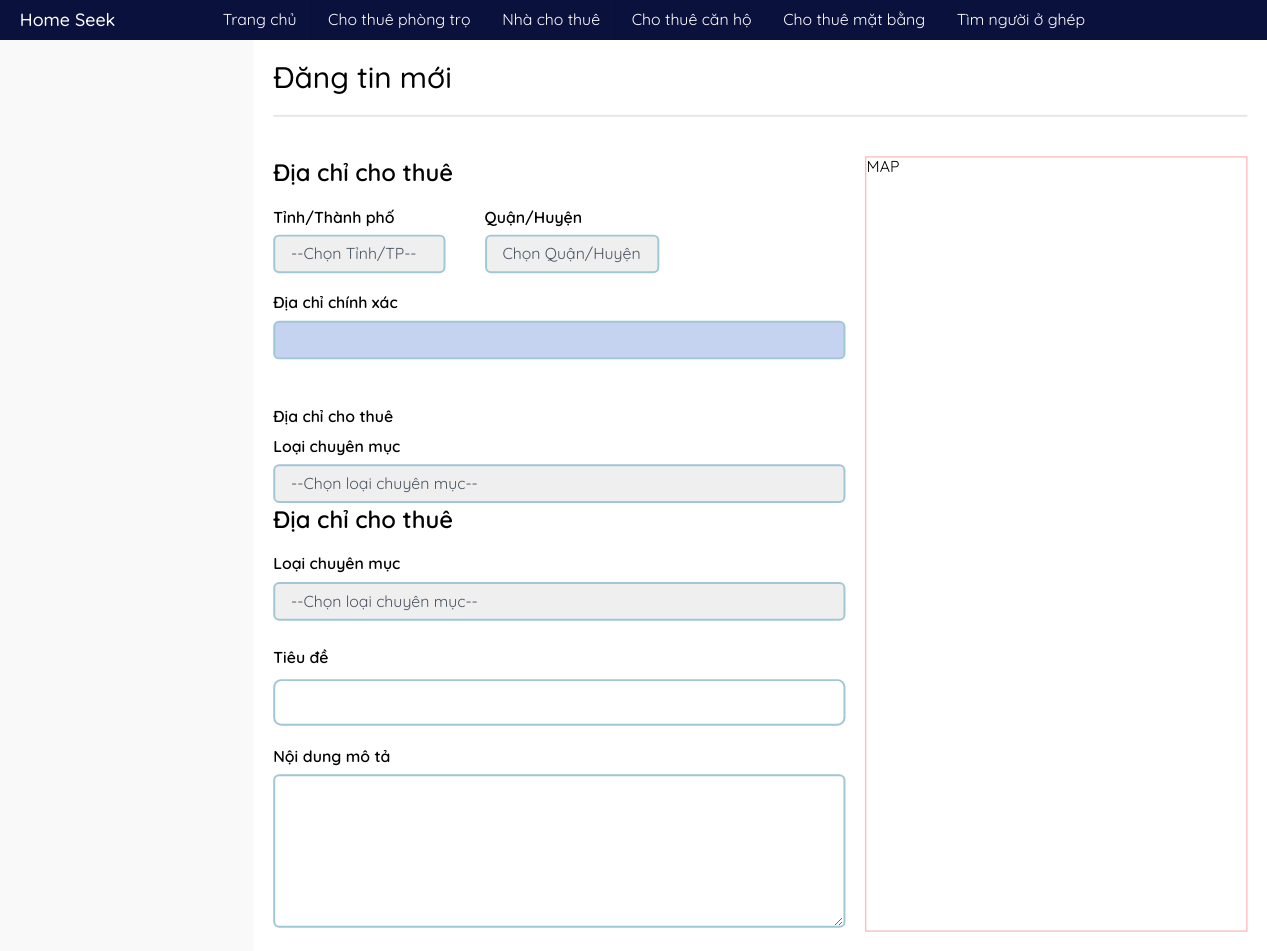
Repository: ajincome26/homeseek
Page: /create (app in client/)
The author's editor kept a copy of each file at every save. The page is drawn from the files as they stood at one save, then again after the next save.
The browser window is 1280 px wide. The pictures show the whole page, at 99% of full size.
The page's requests for data from a server got no answer. The project was rebuilt for these pictures with package versions that can differ from the ones it lists, and the page was loaded fresh each time. Some packages were replaced by stand-ins written for this rebuild. No one was signed in, and anything a server would have sent is missing. Also part of the build but not shown: client/vite.config.ts, client/src/components/Footer/Footer.tsx, client/src/components/Button/Button.tsx, client/src/components/Button/index.ts, client/src/utils/utils.tsx, client/src/components/MainHeader/components/User.tsx, client/src/components/Popover/Popover.tsx, client/src/components/Popover/index.ts and 16 more.

Above is the page before, as saved 2024-01-10 05:05:40.

### client/index.html
<!doctype html>
<html lang="en">
  <head>
    <meta charset="UTF-8" />
    <link rel="icon" type="image/svg+xml" href="/vite.svg" />
    <meta name="viewport" content="width=device-width, initial-scale=1.0" />
    <title>Home Seek</title>
    <link rel="preconnect" href="https://fonts.googleapis.com" />
    <link rel="preconnect" href="https://fonts.gstatic.com" crossorigin />
    <link
      href="https://fonts.googleapis.com/css2?family=Quicksand:wght@300;400;500;600;700&display=swap"
      rel="stylesheet"
    />
  </head>
  <body>
    <div id="root"></div>
    <script type="module" src="/src/main.tsx"></script>
  </body>
</html>

### client/src/main.tsx
import ReactDOM from 'react-dom/client'
import App from './App'
import './styles/index.scss'
import { BrowserRouter } from 'react-router-dom'
import { QueryClient, QueryClientProvider } from '@tanstack/react-query'
import { ReactQueryDevtools } from '@tanstack/react-query-devtools'
import { AuthProvider } from './contexts/auth.context'
import { ErrorBoundary } from './components/ErrorBoundary'

// Create a client
const queryClient = new QueryClient({
  defaultOptions: {
    queries: {
      refetchOnWindowFocus: false // disable việc fetch lại api khi focus tab window
    }
  }
})

ReactDOM.createRoot(document.getElementById('root')!).render(
  <BrowserRouter>
    <QueryClientProvider client={queryClient}>
      <AuthProvider>
        <ErrorBoundary>
          <App />
        </ErrorBoundary>
      </AuthProvider>
      <ReactQueryDevtools initialIsOpen={false} />
    </QueryClientProvider>
  </BrowserRouter>
)

### client/src/App.tsx
import { useEffect } from 'react'
import { useAuth } from './contexts/auth.context'
import useRoute from './useRoute'
import { LocalStorageEventTarget } from './utils/auth'
import { ToastContainer } from 'react-toastify'
import 'react-toastify/dist/ReactToastify.css'

function App() {
  const routeElements = useRoute()
  const { resetAuth } = useAuth()
  useEffect(() => {
    LocalStorageEventTarget.addEventListener('clearLS', () => {
      resetAuth()
    })
    return () => {
      LocalStorageEventTarget.removeEventListener('clearLS', () => {
        resetAuth()
      })
    }
  }, [resetAuth])
  return (
    <div className='bg-third'>
      <ToastContainer />
      <div>{routeElements}</div>
    </div>
  )
}

export default App

### client/src/styles/index.scss
@tailwind base;
@tailwind components;
@tailwind utilities;

@import 'reset';

body {
  font-family: 'Quicksand', sans-serif;
  font-size: 16px;
  line-height: 1.2;
}

select {
  -webkit-appearance: none;
  -moz-appearance: none;
  appearance: none;
}

::-webkit-scrollbar {
  width: 10px;
}
::-webkit-scrollbar-track {
  background-color: #fafafa;
}
::-webkit-scrollbar-thumb {
  background-color: #ccd0d7;
  border-radius: 50px;
}

/* Chrome, Safari, Edge, Opera */
input::-webkit-outer-spin-button,
input::-webkit-inner-spin-button {
  -webkit-appearance: none;
  margin: 0;
}
/* Firefox */
input[type='number'] {
  appearance: textfield;
}

.cr-truncate-1 {
  overflow: hidden;
  display: -webkit-box;
  -webkit-box-orient: vertical;
  -webkit-line-clamp: 1;
  text-overflow: ellipsis;
  word-break: break-word;
}

// class tailwind-sort
.cr-transition {
  @apply transition-all ease-linear duration-200;
}
.cr-hover-text {
  @apply hover:text-[#977616] transition-colors ease-linear duration-200 cursor-pointer;
}
.cr-input-text {
  @apply px-3 py-2 border-[2px] border-[#a0c7d6] outline-none rounded-md focus:border-[#4b5fc2] cr-transition box-border w-full;
}

### client/src/contexts/auth.context.tsx
import React, { createContext, useContext, useState } from 'react'
import { User } from '~/types/user.type'
import { getAccessToken, getUserInfoFromStorage } from '~/utils/auth'

interface AuthProviderType {
  isLoggedIn: boolean
  setIsLoggedIn: React.Dispatch<React.SetStateAction<boolean>>
  userInfo: User | null
  setUserInfo: React.Dispatch<React.SetStateAction<User | null>>
  resetAuth: () => void
}
const initialContext: AuthProviderType = {
  isLoggedIn: Boolean(getAccessToken()),
  setIsLoggedIn: () => null,
  userInfo: getUserInfoFromStorage(),
  setUserInfo: () => null,
  resetAuth: () => null
}

const AuthContext = createContext<AuthProviderType>(initialContext)
const useAuth = () => {
  const context = useContext(AuthContext)
  if (typeof context === 'undefined') throw new Error('useAuth must be used within a AuthContext')
  return context
}
const AuthProvider = ({ children }: { children: React.ReactNode }) => {
  const [isLoggedIn, setIsLoggedIn] = useState(initialContext.isLoggedIn)
  const [userInfo, setUserInfo] = useState(initialContext.userInfo)
  const resetAuth = () => {
    setIsLoggedIn(false)
    setUserInfo(null)
  }
  return (
    <AuthContext.Provider value={{ isLoggedIn, setIsLoggedIn, userInfo, setUserInfo, resetAuth }}>
      {children}
    </AuthContext.Provider>
  )
}

// eslint-disable-next-line react-refresh/only-export-components
export { useAuth, AuthProvider }

### client/src/components/ErrorBoundary/index.ts
export { default as ErrorBoundary } from './ErrorBoundary'

### client/src/useRoute.tsx
import { useRoutes } from 'react-router-dom'
import { path } from './constants/path'
import { MainLayout } from './layouts/MainLayout'
import ManageLayout from './layouts/ManageLayout/ManageLayout'
import { CreatePost } from './pages/CreatePostPage'
import { HomePage } from './pages/HomePage'
import { LoginPage } from './pages/LoginPage'
import { RegisterPage } from './pages/RegisterPage'

const { HOME, LOGIN, REGISTER, OAUTH, CREATE } = path

const useRoute = () => {
  return useRoutes([
    {
      path: LOGIN,
      element: <LoginPage />
    },
    {
      path: REGISTER,
      element: <RegisterPage />
    },
    {
      path: OAUTH,
      element: <LoginPage />
    },
    {
      path: OAUTH,
      element: <RegisterPage />
    },
    // Authen không ảnh hưởng
    {
      element: <ManageLayout />,
      children: [
        {
          index: true,
          path: CREATE,
          element: <CreatePost />
        }
      ]
    },
    {
      element: <MainLayout />,
      children: [
        {
          index: true,
          path: HOME,
          element: <HomePage />
        }
      ]
    }
  ])
}

export default useRoute

### client/src/utils/auth.ts
import { User } from '~/types/user.type'

export const LocalStorageEventTarget = new EventTarget()

export const getAccessToken = () => localStorage.getItem('accessToken') || ''
export const getRefreshToken = () => localStorage.getItem('refreshToken') || ''
export const setAccessToken = (accessToken: string) => localStorage.setItem('accessToken', accessToken)
export const setRefreshToken = (refreshToken: string) => localStorage.setItem('refreshToken', refreshToken)
export const getUserInfoFromStorage = () => {
  const info = localStorage.getItem('userInfo')
  return info ? JSON.parse(info) : null
}
export const setUserInfoToStorage = (userInfo: User) => localStorage.setItem('userInfo', JSON.stringify(userInfo))

export const clearLocalStorage = () => {
  localStorage.removeItem('accessToken')
  localStorage.removeItem('refreshToken')
  localStorage.removeItem('userInfo')
  const clearLSEvent = new Event('clearLS')
  LocalStorageEventTarget.dispatchEvent(clearLSEvent)
}

### client/src/styles/_reset.scss
*,
*::before,
*::after {
  box-sizing: border-box;
}
* {
  margin: 0;
  padding: 0;
}

html,
body {
  height: 100%;
}
body {
  line-height: 1.5;
  -webkit-font-smoothing: antialiased;
  -webkit-tap-highlight-color: rgba(0, 0, 0, 0);
}
a {
  text-decoration: none;
  color: inherit;
}
img,
picture,
video,
canvas,
svg {
  display: block;
  // max-width: 100%;
}
input,
button,
textarea,
select {
  font: inherit;
  outline: none;
}
option:checked {
  background-color: #0891b2;
  color: white;
  font-style: italic;
}
p,
h1,
h2,
h3,
h4,
h5,
h6 {
  overflow-wrap: break-word;
}

### client/src/constants/path.ts
export const path = {
  HOME: '/',
  LOGIN: '/login',
  OAUTH: '/login/oauth',
  REGISTER: '/register',
  LOGOUT: '/logout',

  ROOM_FOR_RENT: '/room-for-rent',
  HOUSE_FOR_RENT: '/house-for-rent',
  APARTMENT_FOR_RENT: '/apartment-for-rent',
  GROUND_FOR_RENT: '/ground-for-rent',
  FIND_A_ROOMATE: '/find-a-roomate',

  CREATE: '/create',
  MANAGE: '/manage',
  PROFILE: '/user/profile',
  CHANGE_PASSWORD: '/user/change-password',

  CONTACT: '/contact',

  NOT_FOUND: '*'
}

### client/src/layouts/MainLayout/index.ts
export { default as MainLayout } from './MainLayout'

### client/src/layouts/ManageLayout/ManageLayout.tsx
import { Outlet } from 'react-router-dom'
import { Sidebar } from '~/components/Sidebar'
import { SubHeader } from '~/components/SubHeader'

const ManageLayout = () => {
  return (
    <>
      <SubHeader />
      <div className='pt-[40px] flex'>
        <div className='min-h-[calc(100vh-40px)] basis-1/5'>
          <Sidebar />
        </div>
        <div className='bg-white basis-4/5'>
          <Outlet />
        </div>
      </div>
    </>
  )
}

export default ManageLayout

### client/src/pages/CreatePostPage/index.ts
export { default as CreatePost } from './CreatePost'

### client/src/pages/HomePage/index.ts
export { default as HomePage } from './HomePage'

### client/src/pages/LoginPage/index.ts
export { default as LoginPage } from './LoginPage'

### client/src/pages/RegisterPage/index.ts
export { default as RegisterPage } from './RegisterPage'

### client/src/components/Sidebar/index.ts
export { default as Sidebar } from './Sidebar'

### client/src/components/SubHeader/index.ts
export { default as SubHeader } from './SubHeader'

### client/src/pages/CreatePostPage/CreatePost.tsx
import { yupResolver } from '@hookform/resolvers/yup'
import { useForm } from 'react-hook-form'
import { postSchema, PostSchema } from '~/utils/schema'
import Address from './components/Address'
import Overview from './components/Overview'

export type FormPost = PostSchema

const CreatePost = () => {
  const { handleSubmit } = useForm<FormPost>({
    resolver: yupResolver(postSchema)
  })
  const handleCreatePost = (data: FormPost) => {}
  return (
    <div className='p-5 text-black'>
      <h2 className='w-full pb-5 text-3xl font-medium border-b-2'>Đăng tin mới</h2>
      <div className='flex gap-5 mt-10'>
        <form onSubmit={handleSubmit(handleCreatePost)} className='flex flex-col gap-10 basis-[60%]'>
          <Address />
          <Overview />
        </form>
        <div className='border border-red-300 map basis-[40%]'>MAP</div>
      </div>
    </div>
  )
}

export default CreatePost

### client/src/components/SubHeader/SubHeader.tsx
import { Link } from 'react-router-dom'
import { SubNavigation } from '../SubNavigation'

const SubHeader = () => {
  return (
    <div className='fixed w-full h-[40px] bg-primary text-white flex items-center gap-12 px-5'>
      <Link to={'/'} className='text-lg font-medium cursor-pointer hover:text-sixth cr-transition'>
        Home Seek
      </Link>
      <div className='w-[80%]'>
        <SubNavigation />
      </div>
    </div>
  )
}

export default SubHeader

### client/src/pages/CreatePostPage/components/Overview.tsx
import { yupResolver } from '@hookform/resolvers/yup'
import { useState } from 'react'
import { Field } from '~/components/Field'
import { Input } from '~/components/Input'
import { Select } from '~/components/Select'
import { categories } from '~/constants/data'
import { useForm } from 'react-hook-form'
import { postSchema, PostSchema } from '~/utils/schema'
import { Label } from '~/components/Label'

export type FormCreatePost = PostSchema

const Overview = () => {
  const [category, setCategory] = useState('')
  const {
    register,
    handleSubmit,
    setError,
    formState: { errors }
  } = useForm<FormCreatePost>({
    resolver: yupResolver(postSchema)
  })
  return (
    <div>
      <Field>
        <Label textColor='text-black' htmlFor='title'>
          Địa chỉ cho thuê
        </Label>
        <Select
          type='category'
          label='Loại chuyên mục'
          optionTitle='--Chọn loại chuyên mục--'
          categories={categories as []}
          value={category}
          setValue={setCategory}
        />
      </Field>
      <h1 className='mb-5 text-2xl font-semibold'>Địa chỉ cho thuê</h1>
      <div className='flex gap-10 mb-5'>
        <Select
          type='category'
          label='Loại chuyên mục'
          optionTitle='--Chọn loại chuyên mục--'
          categories={categories as []}
          value={category}
          setValue={setCategory}
        />
      </div>
      <Field>
        <Label textColor='text-black' htmlFor='title'>
          Tiêu đề
        </Label>
        <Input
          className='px-3 py-2 border-[2px] border-[#a0c7d6] outline-none focus:border-[#4b5fc2] cr-transition flex-1 hover:border-[#a0c7d6]'
          register={register}
          name='title'
          errorMessage={errors.title?.message}
        />
      </Field>
      <div>
        <label htmlFor='desc' className='font-semibold'>
          Nội dung mô tả
        </label>
        <textarea
          id='desc'
          className='mt-2 cr-input-text'
          rows={7}
          // value={payload.description}
          // onChange={(e) => setPayload((prev) => ({ ...prev, description: e.target.value }))}
          // onFocus={() => setInvalidFields([])}
        />
      </div>
    </div>
  )
}

export default Overview

### client/src/components/Field/index.ts
export { default as Field } from './Field'

### client/src/components/Input/index.ts
export { default as Input } from './Input'
export { default as InputPassword } from './InputPassword'
export { default as InputSearch } from './InputSearch'
export { default as InputNumber } from './InputNumber'
export { default as InputFile } from './InputFile'
export { default as InputReadOnly } from './InputReadOnly'

### client/src/components/Label/index.ts
export { default as Label } from './Label'

### client/src/utils/icons.ts
import { BiSolidShoppingBags, BiLogoFacebookCircle, BiPlus } from 'react-icons/bi'
import {
  AiFillInstagram,
  AiFillTwitterCircle,
  AiOutlineEye,
  AiOutlineEyeInvisible,
  AiOutlineShoppingCart,
  AiFillStar,
  AiOutlineStar,
  AiFillCaretRight,
  AiOutlineQuestionCircle,
  AiFillHeart,
  AiOutlineHeart,
  AiOutlinePlusCircle
} from 'react-icons/ai'
import { TbWorld, TbUserCircle, TbBrandMessenger } from 'react-icons/tb'
import { PiCaretDownBold, PiCaretUpBold, PiCaretLeftBold, PiCaretRightBold } from 'react-icons/pi'
import { HiOutlineSearch, HiOutlineLogout } from 'react-icons/hi'
import { BsListUl, BsThreeDots, BsShieldLock, BsPencilSquare } from 'react-icons/bs'
import { LiaFilterSolid } from 'react-icons/lia'
import { RiSubtractLine, RiTodoLine } from 'react-icons/ri'
import { FaCartPlus } from 'react-icons/fa'
import { CiEdit } from 'react-icons/ci'
import { FaRegUser, FaUserEdit } from 'react-icons/fa'
import { SiSensu } from 'react-icons/si'
import { FcGoogle } from 'react-icons/fc'
import { MdOutlineDashboard, MdOutlineLibraryBooks } from 'react-icons/md'

export default {
  AiFillInstagram,
  AiFillTwitterCircle,
  AiOutlineEye,
  AiOutlineEyeInvisible,
  AiOutlineShoppingCart,
  AiFillStar,
  AiOutlineStar,
  AiFillCaretRight,
  AiOutlineQuestionCircle,
  AiFillHeart,
  AiOutlineHeart,
  AiOutlinePlusCircle,
  BiSolidShoppingBags,
  BiLogoFacebookCircle,
  PiCaretDownBold,
  PiCaretUpBold,
  PiCaretLeftBold,
  PiCaretRightBold,
  TbWorld,
  TbUserCircle,
  TbBrandMessenger,
  HiOutlineSearch,
  HiOutlineLogout,
  BsListUl,
  BsThreeDots,
  BsShieldLock,
  BsPencilSquare,
  LiaFilterSolid,
  BiPlus,
  RiSubtractLine,
  RiTodoLine,
  FaCartPlus,
  FaUserEdit,
  CiEdit,
  FaRegUser,
  SiSensu,
  FcGoogle,
  MdOutlineDashboard,
  MdOutlineLibraryBooks
}

### client/src/constants/data.tsx
import { path } from './path'
import icons from '~/utils/icons'
import { CategoryType } from '~/types/category.type'

const { BsPencilSquare, MdOutlineLibraryBooks, TbUserCircle, FaUserEdit, TbBrandMessenger } = icons

const {
  ROOM_FOR_RENT,
  HOUSE_FOR_RENT,
  APARTMENT_FOR_RENT,
  GROUND_FOR_RENT,
  FIND_A_ROOMATE,
  CREATE,
  MANAGE,
  PROFILE,
  CONTACT
} = path

export const categories = [
  { id: 1, name: 'Cho thuê phòng trọ', path: ROOM_FOR_RENT },
  { id: 2, name: 'Nhà cho thuê', path: HOUSE_FOR_RENT },
  { id: 3, name: 'Cho thuê căn hộ', path: APARTMENT_FOR_RENT },
  { id: 4, name: 'Cho thuê mặt bằng', path: GROUND_FOR_RENT },
  { id: 5, name: 'Tìm người ở ghép', path: FIND_A_ROOMATE }
] as CategoryType[]

export const dataManage = [
  {
    id: 1,
    text: 'Đăng tin cho thuê',
    path: CREATE,
    icon: <BsPencilSquare />
  },
  {
    id: 2,
    text: 'Quản lý tin đăng',
    path: MANAGE,
    icon: <MdOutlineLibraryBooks />
  },
  {
    id: 3,
    text: 'Thông tin tài khoản',
    path: PROFILE,
    icon: <TbUserCircle />
  }
]

export const dataSidebar = [
  {
    id: 1,
    text: 'Đăng tin cho thuê',
    path: CREATE,
    icon: <BsPencilSquare />
  },
  {
    id: 2,
    text: 'Quản lý tin đăng',
    path: MANAGE,
    icon: <MdOutlineLibraryBooks />
  },
  {
    id: 3,
    text: 'Sửa thông tin cá nhân',
    path: PROFILE,
    icon: <FaUserEdit />
  },
  {
    id: 4,
    text: 'Liên hệ',
    path: CONTACT,
    icon: <TbBrandMessenger />
  }
]

### client/src/components/SubNavigation/index.ts
export { default as SubNavigation } from './SubNavigation'

### client/src/apis/province.api.ts
import { Province } from '~/types/province.type'
import { apiGetPublicProvinces } from '~/utils/utils'

const provinceApi = {
  getProvinces: () => apiGetPublicProvinces.get<Province[]>('/')
}

export default provinceApi

### client/src/components/Select/index.ts
export { default as Select } from './Select'

### client/src/components/Field/Field.tsx
interface Props {
  children: JSX.Element | JSX.Element[]
}

const Field = ({ children }: Props) => {
  return <div className='flex flex-col items-start'>{children}</div>
}

export default Field

### client/src/components/Input/Input.tsx
import { InputHTMLAttributes } from 'react'
import type { FieldValues, FieldPath, UseFormRegister } from 'react-hook-form'

export interface InputProps<TFieldValues extends FieldValues> extends InputHTMLAttributes<HTMLInputElement> {
  name: FieldPath<TFieldValues>
  errorMessage?: string
  register: UseFormRegister<TFieldValues>
}

const Input = <TFieldValues extends FieldValues = FieldValues>({
  className,
  type,
  name,
  children,
  errorMessage,
  register,
  ...props
}: InputProps<TFieldValues>) => {
  return (
    <div className='relative w-full'>
      <input
        id={name}
        type={type || 'text'}
        {...register(name)}
        {...props}
        className={`mb-[6px] border rounded-lg py-3 bg-grayField hover:border-primary focus:border-primary transition w-full focus:bg-white ${
          children ? 'pl-4 pr-10' : 'px-4'
        } ${className}`}
        autoComplete='on'
      />
      <span className='absolute top-1/2 right-3 translate-y-[-110%] cursor-pointer text-grayDark'>{children}</span>
      <div className='text-sm text-red-500 min-h-[1rem] leading-4'>{errorMessage}</div>
    </div>
  )
}

export default Input

### client/src/components/Input/InputReadOnly.tsx
import { InputHTMLAttributes } from 'react'

export interface InputProps extends InputHTMLAttributes<HTMLInputElement> {
  title: string
  data: string
}

const InputReadOnly = ({ title, data }: InputProps) => {
  return (
    <div className='w-full'>
      <label className='font-semibold' htmlFor={title}>
        {title}
      </label>
      <input type='text' id={title} value={data || ''} className='mt-2 cr-input-text bg-[#c5d3f1]' readOnly />
    </div>
  )
}

export default InputReadOnly

### client/src/components/Label/Label.tsx
interface Props {
  htmlFor: string
  children: string
  textColor?: string
}

const Label = ({ htmlFor, children, textColor }: Props) => {
  return (
    <label className={`${textColor || 'text-white'} mt-2 mb-3 font-semibold cursor-pointer`} htmlFor={htmlFor}>
      {children}
    </label>
  )
}

export default Label

### client/src/components/SubNavigation/SubNavigation.tsx
import { NavLink } from 'react-router-dom'
import { categories } from '~/constants/data'

const notActive = 'hover:bg-secondary px-4 h-full flex items-center bg-primary transition-all ease-linear duration-300'
const active = 'hover:bg-secondary px-4 h-full flex items-center bg-secondary'
const SubNavigation = () => {
  return (
    <div className='w-full h-[40px] flex justify-center items-center'>
      <div className='flex items-center h-full'>
        <NavLink to={'/'} className={({ isActive }) => (isActive ? active : notActive)}>
          Trang chủ
        </NavLink>
        {categories?.length > 0 &&
          categories.map((item, index) => {
            return (
              <div key={index} className='h-full'>
                <NavLink to={item.path} className={({ isActive }) => (isActive ? active : notActive)}>
                  {item.name}
                </NavLink>
              </div>
            )
          })}
      </div>
    </div>
  )
}

export default SubNavigation

Loaded but not shown: client/tailwind.config.js (37 lines, source omitted); client/src/utils/schema.ts (64 lines, source omitted); client/src/pages/CreatePostPage/components/Address.tsx (67 lines, source omitted); client/src/components/Select/Select.tsx (53 lines, source omitted)

After the next save:
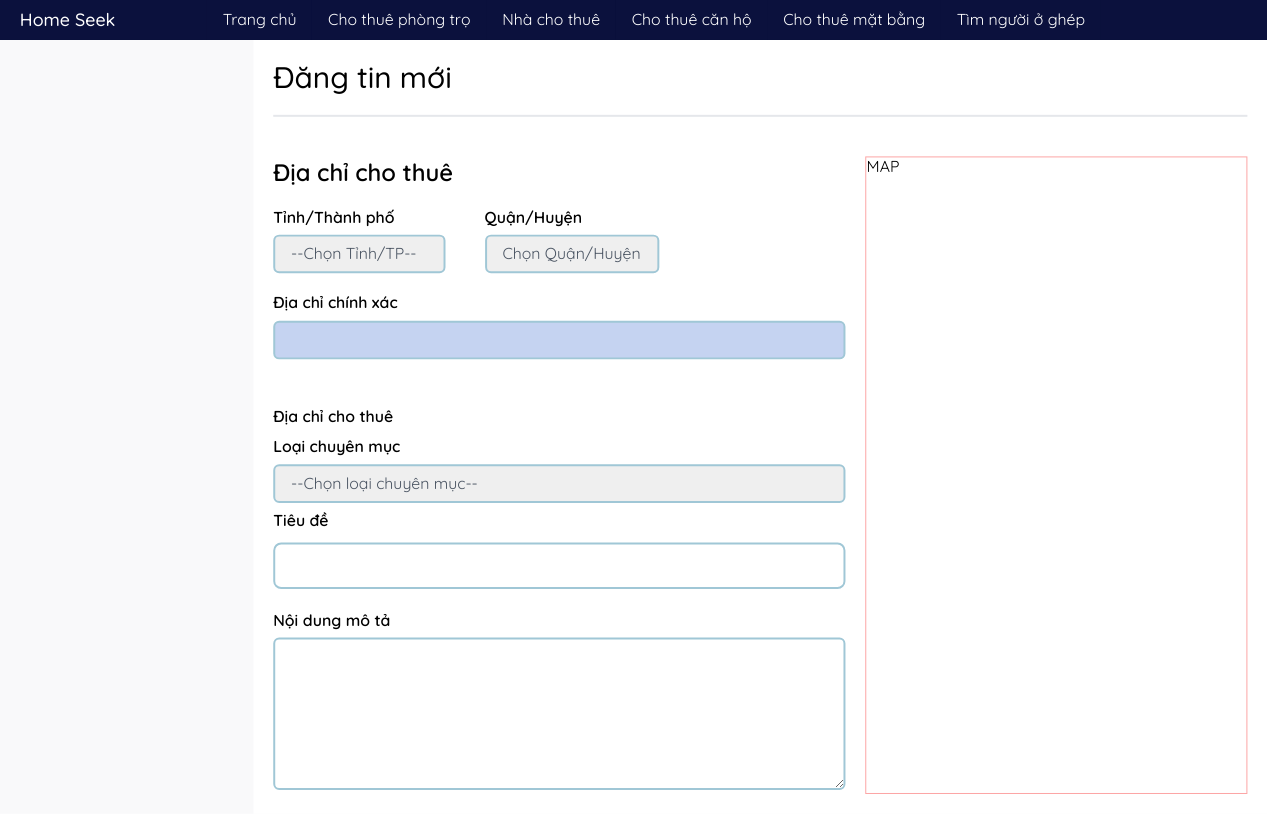
Saved 13 s later.
--- a/client/src/pages/CreatePostPage/components/Overview.tsx
+++ b/client/src/pages/CreatePostPage/components/Overview.tsx
@@ -35,17 +35,6 @@ const Overview = () => {
           setValue={setCategory}
         />
       </Field>
-      <h1 className='mb-5 text-2xl font-semibold'>Địa chỉ cho thuê</h1>
-      <div className='flex gap-10 mb-5'>
-        <Select
-          type='category'
-          label='Loại chuyên mục'
-          optionTitle='--Chọn loại chuyên mục--'
-          categories={categories as []}
-          value={category}
-          setValue={setCategory}
-        />
-      </div>
       <Field>
         <Label textColor='text-black' htmlFor='title'>
           Tiêu đề
